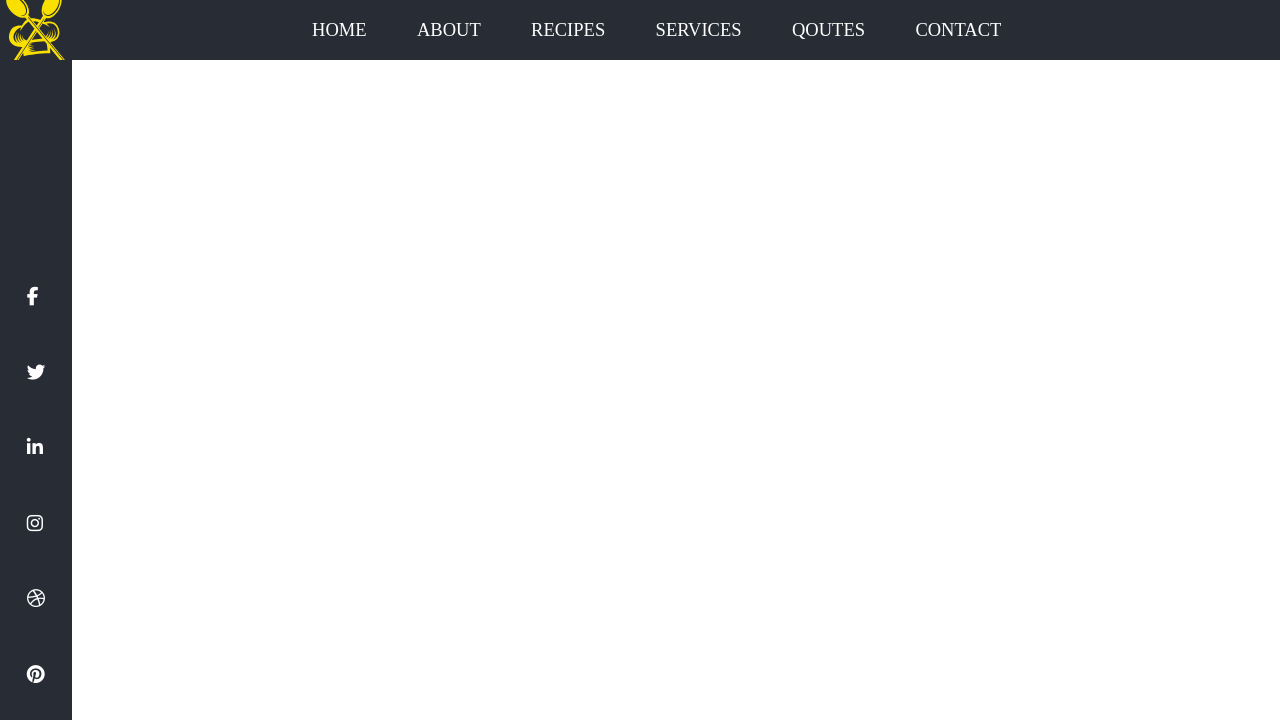
Repository: Esraa22M/Gordon-Ramsay-Biography
Page: index.html
The author's editor kept a copy of each file at every save. The page is drawn from the files as they stood at one save, then again after the next save.
The browser window is 1280 px wide. The pictures show the whole page.
Some web fonts or font styles are not loaded; a fallback is used. Some web libraries are served in a nearby version.

Above is the page before, as saved 2022-12-10 20:42:46.

After the next save:
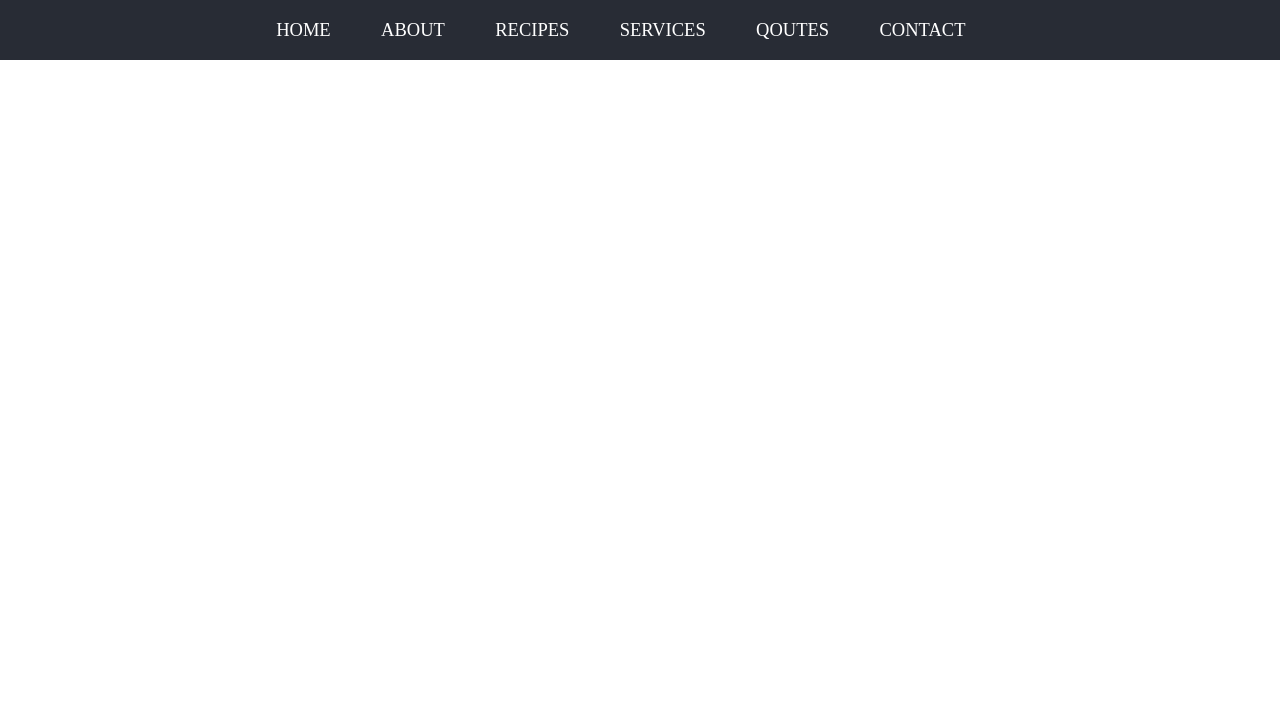
Saved 34 s later.
--- a/index.html
+++ b/index.html
@@ -20,7 +20,7 @@
 
 <body>
     <!-- Asidebar Nav-->
-    <aside id="aside-nav">
+    <!-- <aside id="aside-nav">
         <div class="aside--nav__content">
             <img src="./img/chef-logo.svg" alt="side Navbar logo" class="aside--nav__content__logo">
 
@@ -35,7 +35,7 @@
                 </ul>
             </nav>
         </div>
-    </aside>
+    </aside> -->
     <!-- Main Content -->
     <main>
         <header id="header">
